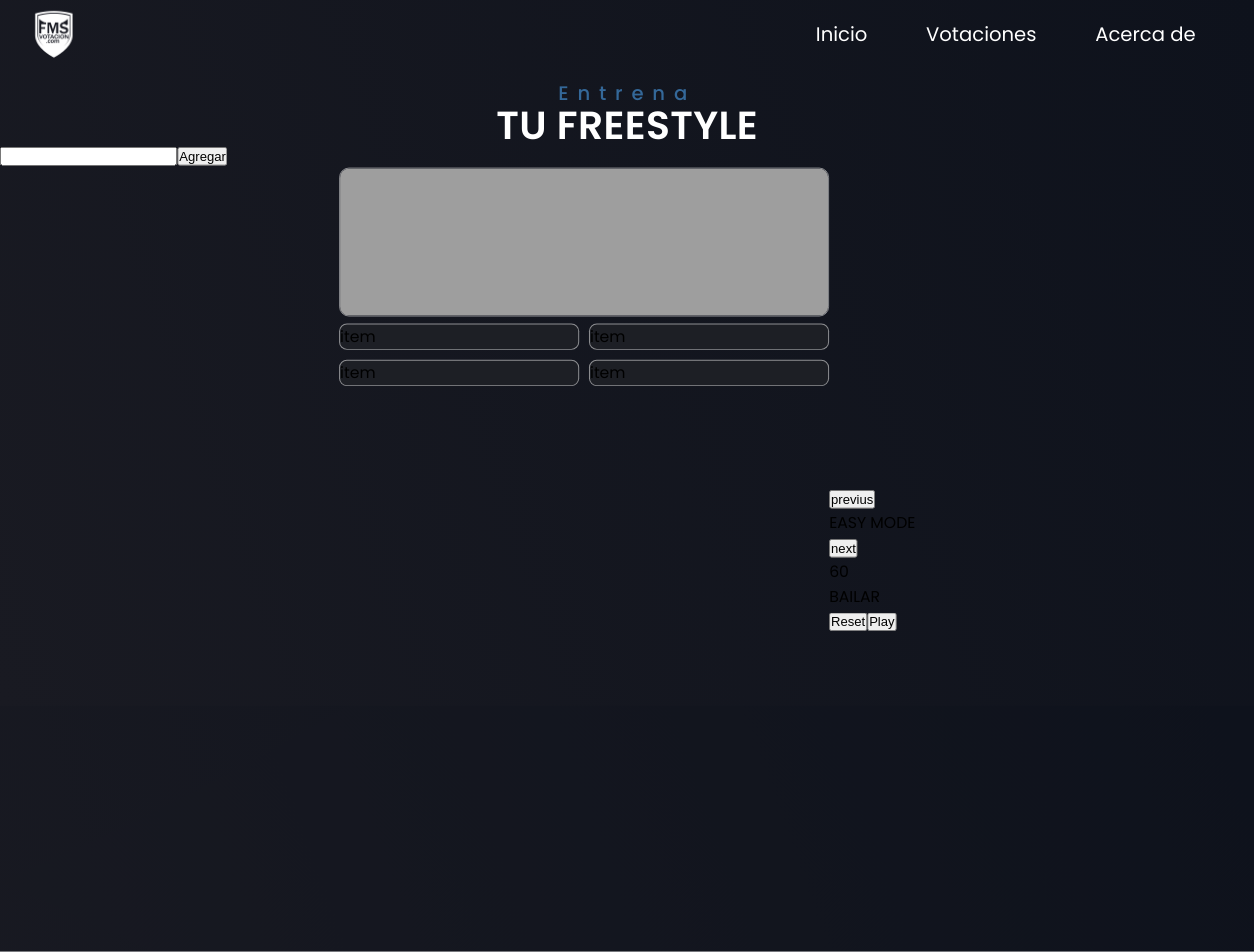
Repository: ezegonzalez912/fmsvotacion2
Page: /practice
These files come from the project's save history. The page is drawn as it stood at one moment and after a run of saves; the edit follows.
The browser window is 1280 px wide. The pictures show the whole page, at 98% of full size.
Pictures or frames that could not be fetched are drawn as grey boxes. The page's requests for data from a server got no answer. The project was rebuilt for these pictures with package versions that can differ from the ones it lists, and the page was loaded fresh each time. No one was signed in, and anything a server would have sent is missing. Also part of the build but not shown: src/components/screens/AboutScreen.js, src/components/Error.js, src/components/Apoya.js, src/components/screens/MainScreen.js, src/components/Contexts/CompContext.js, src/helpers/valueCheck.js, src/helpers/valueCheck2.js, src/hooks/useVote.js and 42 more.

Above is the page before, as saved 2021-08-15 00:51:01.

After the next 2 saves:
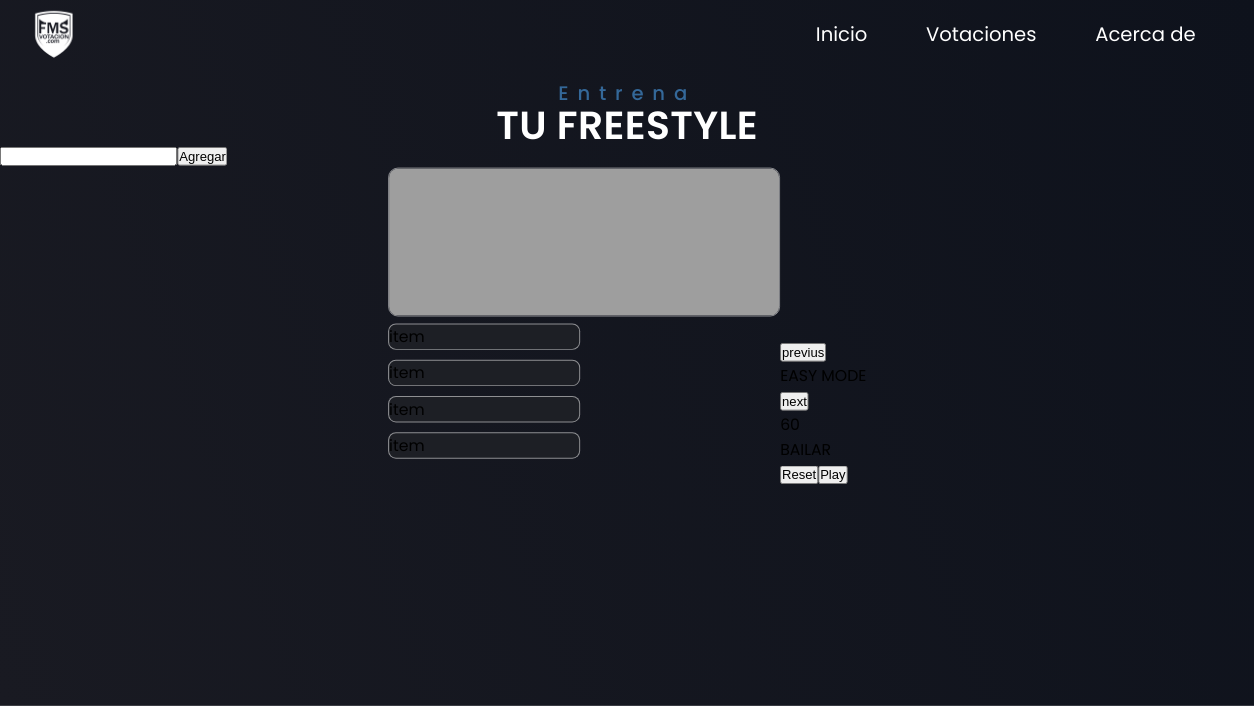
The 2 saves are shown as one change because they came seconds apart.
The last was saved 15 s later.
--- a/src/styles/components/_practice.scss
+++ b/src/styles/components/_practice.scss
@@ -7,8 +7,8 @@
 }
 
 .practice__select-video{
-    width: 500px;
-    height: 800px;
+    width: 400px;
+    height: 500px;
     iframe{
         width: 100%;
         height: auto;
